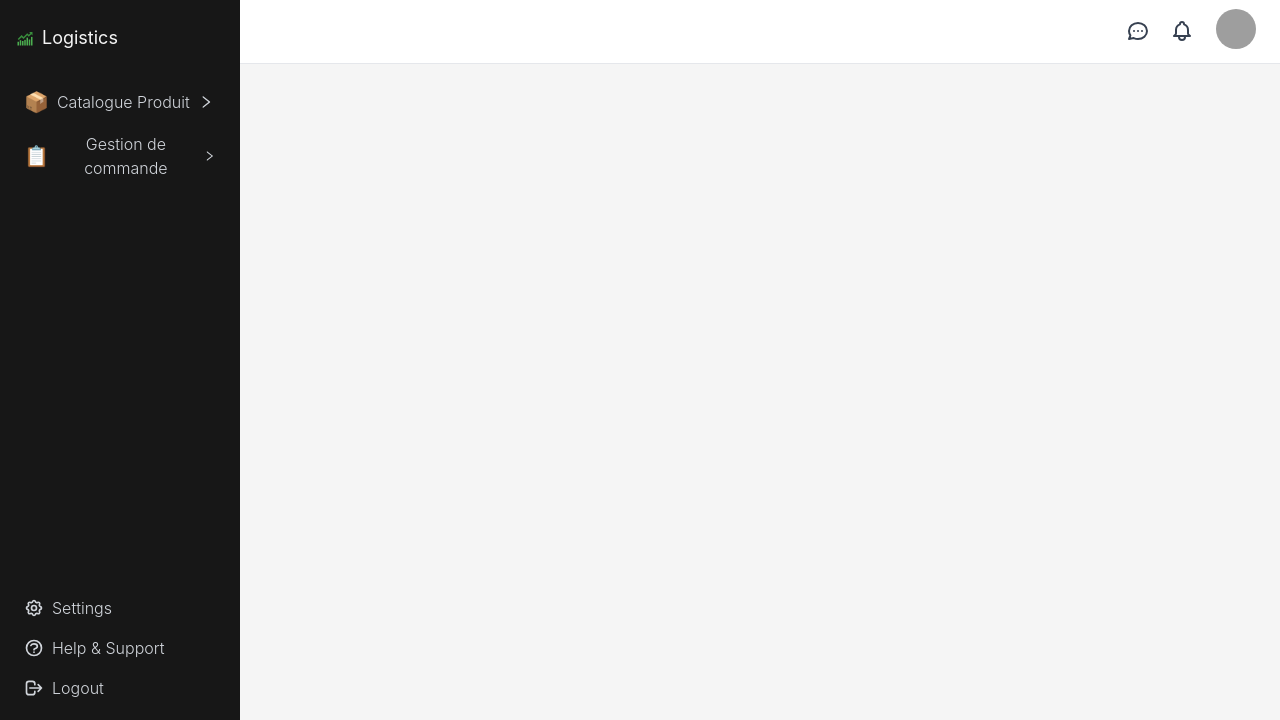
Repository: Mayar2222/Dashboard
Page: /
The author's editor kept a copy of each file at every save. The page is drawn from the files as they stood at one save, then again after the next save.
The browser window is 1280 px wide. The pictures show the whole page.
Pictures or frames that could not be fetched are drawn as grey boxes. The project was rebuilt for these pictures with package versions that can differ from the ones it lists, and the page was loaded fresh each time. Also part of the build but not shown: src/components/CatalogueProduits.jsx, src/components/Categories.jsx.

Above is the page before, as saved 2024-07-28 17:40:40.

### src/App.jsx
import { Route, BrowserRouter as Router, Routes } from "react-router-dom";
import CatalogueProduits from "./components/CatalogueProduits";
import Categories from "./components/Categories";
import Layout from "./components/shared/Layout";

function App() {
  return (
      <Router>
      <Routes>
        <Route path="/"  element={<Layout/>}>
          <Route path="CatalogueProduits"  element={<CatalogueProduits/>}/>
          <Route path="Categories"  element={<Categories/>}/>

          <Route path="login"  element={<div>this login page</div>}/>

        </Route>
      </Routes>
      </Router>
  );
}

export default App;

### src/index.css
@import url('https://fonts.googleapis.com/css2? family=Poppins:wght@400; 600;700&display=swap');


@tailwind base;
@tailwind components;
@tailwind utilities;

@layer base {
    html {
        font-family: 'Inter', sans-serif;
        line-height: 1.3;
    }
    table {
        /* Add any specific styles for the table here if needed */
    }
    th,
    td {
        @apply py-3 px-2.5 text-sm text-left border-y border-gray-200;
    }
    thead {
        @apply bg-neutral-100;
    }
    th {
        @apply font-semibold;
    }
    a {
        @apply text-sky-500 hover:underline;
    }
}

### src/components/shared/Layout.jsx
import React from 'react'
import { Outlet } from 'react-router-dom'
import Header from './Header'
import Sidebar from './Sidebar'
export default function Layout() {
  return (
    <div className='flex flex-row bg-neutral-100 h-screen w-screen overflow-hidden'>
<Sidebar/>
     <div className='flex-1'>
      <Header/>
      <div className='p-4'>{<Outlet/>}</div>

      </div>


    </div>
  )
}

### src/components/shared/Header.jsx
import { Menu, Popover, Transition } from '@headlessui/react';
import React, { Fragment } from 'react';
import { HiOutlineBell, HiOutlineChat } from 'react-icons/hi';

export default function Header() {
  return (
    <div className='bg-white h-16 px-4 flex justify-between items-center border-b border-gray-200'>
      <div className='relative'>

      </div>
      <div className="flex items-center gap-2 mr-2">
        <Popover className="relative">
          {({ open }) => (
            <>
              <Popover.Button
                className={`p-1.5 rounded-sm inline-flex items-center ${open ? 'text-gray-900' : 'text-gray-700 hover:text-gray-900'} focus:outline-none`}
              >
                <HiOutlineChat fontSize={24} />
              </Popover.Button>
              <Transition
                as={Fragment}
                enter="transition ease-out duration-200"
                enterFrom="opacity-0 translate-y-1"
                enterTo="opacity-100 translate-y-0"
                leave="transition ease-in duration-150"
                leaveFrom="opacity-100 translate-y-0"
                leaveTo="opacity-0 translate-y-1"
              >
                <Popover.Panel className="absolute right-0 z-10 mt-2.5 w-80">
                  <div className="bg-white rounded-sm shadow-md ring-1 ring-black ring-opacity-5 px-2 py-2.5">
                    <strong className="text-gray-700 font-medium">Messages</strong>
                    <div className="mt-2">This is the messages panel!</div>
                  </div>
                </Popover.Panel>
              </Transition>
            </>
          )}
        </Popover>

        <Popover className="relative">
          {({ open }) => (
            <>
              <Popover.Button
                className={`p-1.5 rounded-sm inline-flex items-center ${open ? 'text-gray-900' : 'text-gray-700 hover:text-gray-900'} focus:outline-none`}
              >
                <HiOutlineBell fontSize={24} />
              </Popover.Button>
              <Transition
                as={Fragment}
                enter="transition ease-out duration-200"
                enterFrom="opacity-0 translate-y-1"
                enterTo="opacity-100 translate-y-0"
                leave="transition ease-in duration-150"
                leaveFrom="opacity-100 translate-y-0"
                leaveTo="opacity-0 translate-y-1"
              >
                <Popover.Panel className="absolute right-0 z-10 mt-2.5 w-80">
                  <div className="bg-white rounded-sm shadow-md ring-1 ring-black ring-opacity-5 px-2 py-2.5">
                    <strong className="text-gray-700 font-medium">Notifications</strong>
                    <div className="mt-2">This is the notifications panel!</div>
                  </div>
                </Popover.Panel>
              </Transition>
            </>
          )}
        </Popover>

        <Menu as="div" className="relative">
          <div>
            <Menu.Button className="ml-2 inline-flex">
              <span className='sr-only'>Open user menu</span>
              <div className='h-10 w-10 rounded-full bg-sky-500 bg-cover bg-no-repeat bg-center' style={{backgroundImage: 'url("https://images.unsplash.com/photo-1529626455594-4ff0802cfb7e?crop=faces&fit=crop&w=80&h=80&q=80")'}}>
                <span className='sr-only'>Mayar</span>
              </div>
            </Menu.Button>
          </div>
          <Transition
            as={Fragment}
            enter="transition ease-out duration-200"
            enterFrom="opacity-0 translate-y-1"
            enterTo="opacity-100 translate-y-0"
            leave="transition ease-in duration-150"
            leaveFrom="opacity-100 translate-y-0"
            leaveTo="opacity-0 translate-y-1"
          >
            <Menu.Items className="absolute right-0 mt-2 w-48 origin-top-right bg-white border border-gray-200 divide-y divide-gray-100 rounded-md shadow-lg outline-none">
              <div className="px-4 py-3">
                <p className="text-sm">Signed in as</p>
                <p className="text-sm font-medium text-gray-900 truncate">Mayar</p>
              </div>
              <div className="py-1">
                <Menu.Item>
                  {({ active }) => (
                    <a
                      href="/profile"
                      className={`${
                        active ? 'bg-gray-100 text-gray-900' : 'text-gray-700'
                      } flex justify-between w-full px-4 py-2 text-sm leading-5 text-left`}
                    >
                      Your Profile
                    </a>
                  )}
                </Menu.Item>
                <Menu.Item>
                  {({ active }) => (
                    <a
                      href="/settings"
                      className={`${
                        active ? 'bg-gray-100 text-gray-900' : 'text-gray-700'
                      } flex justify-between w-full px-4 py-2 text-sm leading-5 text-left`}
                    >
                      Settings
                    </a>
                  )}
                </Menu.Item>
              </div>
              <div className="py-1">
                <Menu.Item>
                  {({ active }) => (
                    <a
                      href="/logout"
                      className={`${
                        active ? 'bg-gray-100 text-gray-900' : 'text-gray-700'
                      } flex justify-between w-full px-4 py-2 text-sm leading-5 text-left`}
                    >
                      Sign out
                    </a>
                  )}
                </Menu.Item>
              </div>
            </Menu.Items>
          </Transition>
        </Menu>
      </div>
    </div>
  );
}

### src/components/shared/Sidebar.jsx
import React, { useState } from 'react';
import { AiOutlineDown, AiOutlineRight } from 'react-icons/ai';
import { FcBullish } from 'react-icons/fc';
import { HiOutlineLogout } from 'react-icons/hi';
import { Link, useLocation } from 'react-router-dom';
import { DASHBOARD_SIDEBAR_BOTTOM_LINKS, DASHBOARD_SIDEBAR_LINKS } from '../../lib/consts/navigation';

const linkClasses =
  'flex items-center gap-2 font-light px-3 py-2 hover:bg-neutral-800 hover:no-underline active:bg-neutral-600 rounded-sm text-base text-gray-300';

const titleClasses = 'flex items-center gap-2 px-1 py-3 text-neutral-100 text-lg';

export default function Sidebar() {
  const { pathname } = useLocation();
  const [isCatalogueOpen, setIsCatalogueOpen] = useState(false);
  const [isGestionOpen, setIsGestionOpen] = useState(false);

  const toggleCatalogue = () => {
    setIsCatalogueOpen(!isCatalogueOpen);
  };

  const toggleGestion = () => {
    setIsGestionOpen(!isGestionOpen);
  };

  return (
    <div className="bg-neutral-900 w-60 p-3 flex flex-col text-white h-full fixed">
      <div className={titleClasses}>
        <FcBullish />
        <span>Logistics</span>
      </div>
      <div className="flex-1 mt-4">
        <div>
          <button onClick={toggleCatalogue} className={linkClasses}>
            <span className="text-xl">📦</span>
            <span>Catalogue Produit</span>
            {isCatalogueOpen ? <AiOutlineDown /> : <AiOutlineRight />}
          </button>
          {isCatalogueOpen && (
            <div className="ml-6 mt-2">
              <Link to="/categories" className={linkClasses}>
                Catégories du produit
              </Link>
              <Link to="/produit" className={linkClasses}>
                Produit
              </Link>
              <Link to="/spf" className={linkClasses}>
                Spécificités
              </Link>
              <Link to="/historique" className={linkClasses}>
                Historique de stock
              </Link>
              <Link to="/stock" className={linkClasses}>
                Stock
              </Link>
            </div>
          )}
        </div>

        <div>
          <button onClick={toggleGestion} className={linkClasses}>
            <span className="text-xl">📋</span>
            <span>Gestion de commande</span>
            {isGestionOpen ? <AiOutlineDown /> : <AiOutlineRight />}
          </button>
          {isGestionOpen && (
            <div className="ml-6 mt-2">
              <Link to="/commande" className={linkClasses}>
                Commande
              </Link>
              <Link to="/suivi" className={linkClasses}>
                Suivi
              </Link>
              <Link to="/facturation" className={linkClasses}>
                Facturation
              </Link>
            </div>
          )}
        </div>

        {DASHBOARD_SIDEBAR_LINKS.filter(link => link.label !== "Catalogue Produit" && link.label !== "Gestion de commande").map(({ key, path, icon, label }) => (
          <Link
            key={key}
            to={path}
            className={`${linkClasses} ${pathname === path ? 'bg-neutral-700' : ''}`}
          >
            {icon && <span className="text-xl">{icon}</span>}
            <span>{label}</span>
          </Link>
        ))}
      </div>
      <div className="mt-4">
        {DASHBOARD_SIDEBAR_BOTTOM_LINKS.map(({ key, path, icon, label }) => (
          <Link
            key={key}
            to={path}
            className={`${linkClasses} ${pathname === path ? 'bg-neutral-700' : ''}`}
          >
            {icon && <span className="text-xl">{icon}</span>}
            <span>{label}</span>
          </Link>
        ))}
        <Link
          to="/logout" // Adjust the path as needed
          className={linkClasses}
        >
          <HiOutlineLogout className="text-xl" />
          <span>Logout</span>
        </Link>
      </div>
    </div>
  );
}

### src/lib/consts/navigation.jsx
import {
	HiOutlineCog,
	HiOutlineCube,
	HiOutlineQuestionMarkCircle
} from 'react-icons/hi'

export const DASHBOARD_SIDEBAR_LINKS = [

	{
		key: 'CatalogueProduits',
		label: 'Catalogue Produit',
		path: '/CatalogueProduits',
		icon: <HiOutlineCube />
	},



]

export const DASHBOARD_SIDEBAR_BOTTOM_LINKS = [
	{
		key: 'settings',
		label: 'Settings',
		path: '/settings',
		icon: <HiOutlineCog />
	},
	{
		key: 'support',
		label: 'Help & Support',
		path: '/support',
		icon: <HiOutlineQuestionMarkCircle />
	}
]

Loaded but not shown: public/index.html (common file); src/index.js (common file); tailwind.config.js (common file)

After the next save:
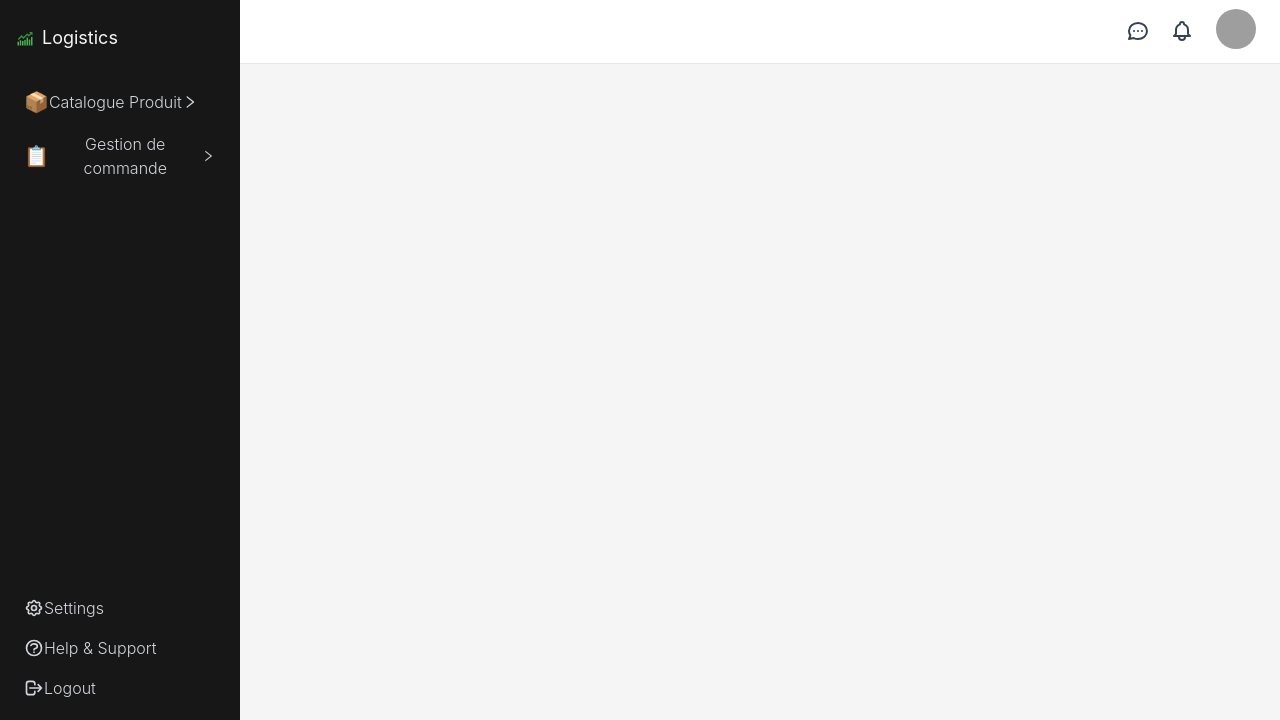
Saved 4 s later.
--- a/src/components/shared/Sidebar.jsx
+++ b/src/components/shared/Sidebar.jsx
@@ -6,7 +6,7 @@
 import { DASHBOARD_SIDEBAR_BOTTOM_LINKS, DASHBOARD_SIDEBAR_LINKS } from '../../lib/consts/navigation';
 
 const linkClasses =
-  'flex items-center gap-2 font-light px-3 py-2 hover:bg-neutral-800 hover:no-underline active:bg-neutral-600 rounded-sm text-base text-gray-300';
+  'flex items-center  font-light px-3 py-2 hover:bg-neutral-800 hover:no-underline active:bg-neutral-600 rounded-sm text-base text-gray-300';
 
 const titleClasses = 'flex items-center gap-2 px-1 py-3 text-neutral-100 text-lg';
 

After the save that followed:
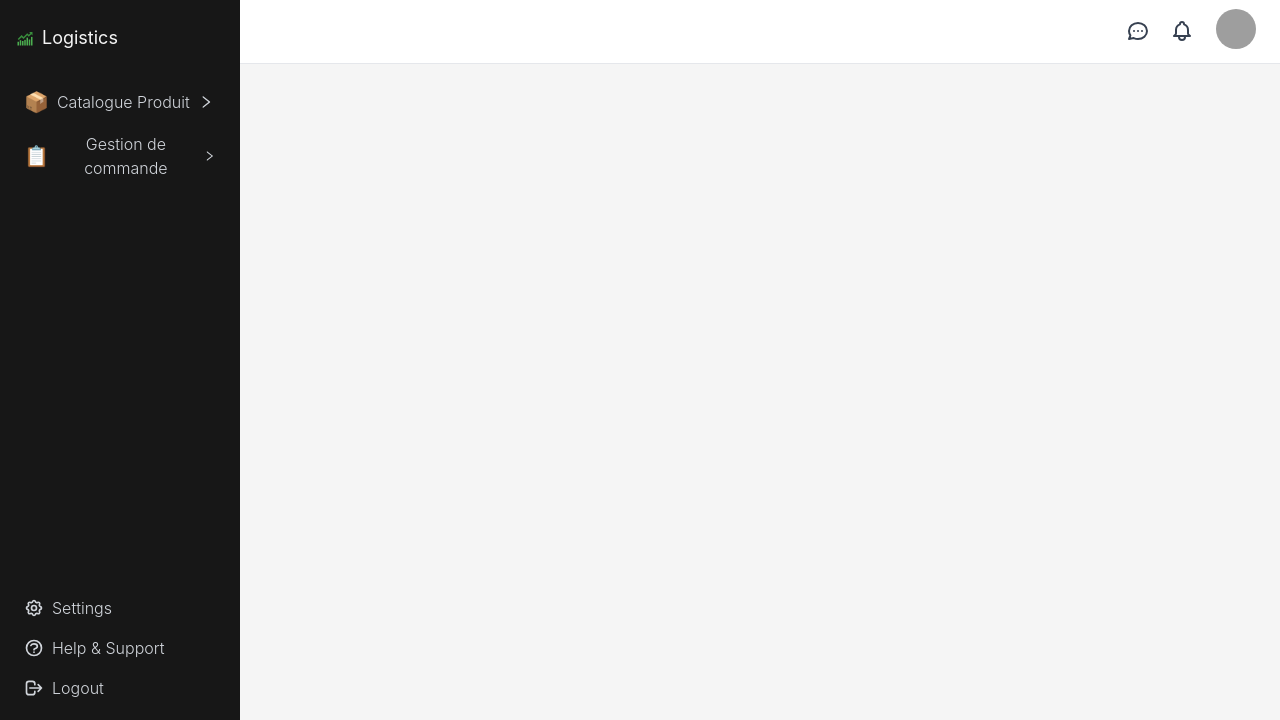
Saved 6 s later.
--- a/src/components/shared/Sidebar.jsx
+++ b/src/components/shared/Sidebar.jsx
@@ -6,7 +6,7 @@
 import { DASHBOARD_SIDEBAR_BOTTOM_LINKS, DASHBOARD_SIDEBAR_LINKS } from '../../lib/consts/navigation';
 
 const linkClasses =
-  'flex items-center  font-light px-3 py-2 hover:bg-neutral-800 hover:no-underline active:bg-neutral-600 rounded-sm text-base text-gray-300';
+  'flex items-center gap-2 font-light px-3 py-2 hover:bg-neutral-800 hover:no-underline active:bg-neutral-600 rounded-sm text-base text-gray-300';
 
 const titleClasses = 'flex items-center gap-2 px-1 py-3 text-neutral-100 text-lg';
 
